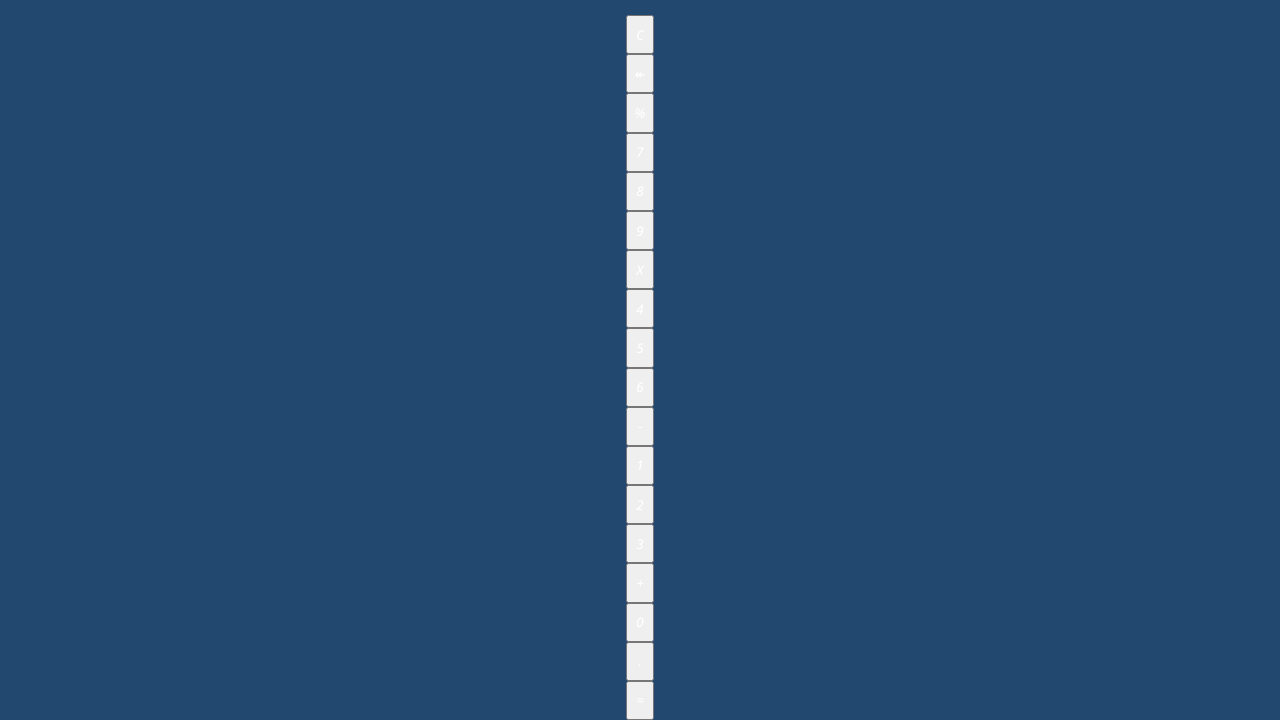
Repository: jhonenmanuel1/javaScript-calculator
Page: src/index.html
These files come from the project's save history. The page is drawn as it stood at one moment and after the next save; the edit follows.
The browser window is 1280 px wide. The pictures show the whole page.

Above is the page before, as saved 2022-08-02 23:07:54.

### src/index.html
<!DOCTYPE html>
<html lang="en">
  <head>
    <meta charset="UTF-8" />
    <meta http-equiv="X-UA-Compatible" content="IE=edge" />
    <meta name="viewport" content="width=device-width, initial-scale=1.0" />
    <title>JavaScript Calculator</title>
    <link href="https://fonts.googleapis.com/css2?family=Open+Sans:ital,wght@1,500&display=swap" rel="stylesheet">
    <link href="styles.css" rel="stylesheet"/>
  </head>
  <body>
    <div class="container">
      <div class="calculator">
        <div class="display">
          <div id="last-value"></div>
          <div id="actual-value"></div>
        </div>
        <button class="col-2"> C</button>
        <button>&Larr;</button>
        <button class="number">%</button>
        <button class="number">7</button>
        <button class="number">8</button>
        <button class="number">9</button>
        <button class="operator" >X</button>
        <button class="number">4</button>
        <button class="number">5</button>
        <button class="number">6</button>
        <button class="operator">-</button>
        <button class="number">1</button>
        <button class="number">2</button>
        <button class="number">3</button>
        <button class="operator">+</button>
        <button class=" col-2 number">0</button>
        <button class="number">.</button>
        <button class="operator">=</button>
      </div>
    </div>
  </body>
</html>

### src/styles.css
* {
    font-family: 'Open Sans', sans-serif;
    color: #fff;
}
body{
    margin: 0;
    background-color: #224870;
}
.container{
    display: flex;
    justify-content: center;
    height: 100vh;

}
.calculator{
    display: grid;
    grid-template-columns: repeat();

}

After the next save:
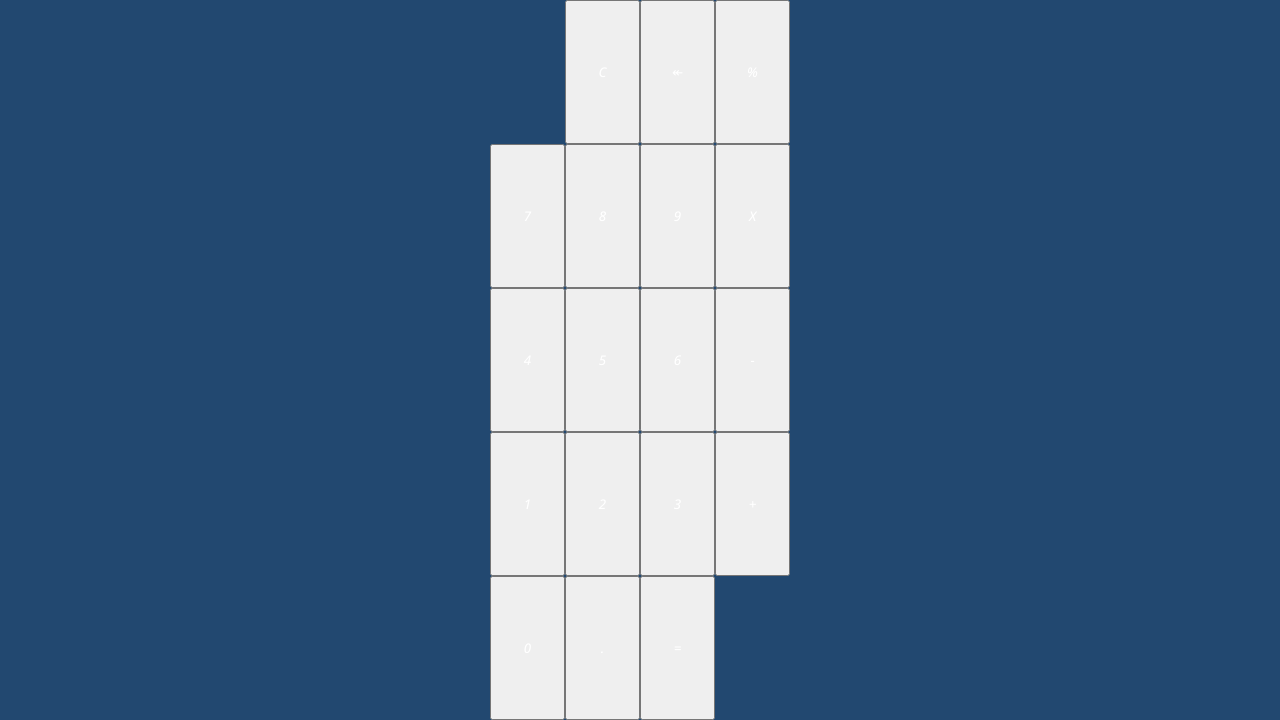
Saved 14 s later.
--- a/src/styles.css
+++ b/src/styles.css
@@ -14,6 +14,6 @@ body{
 }
 .calculator{
     display: grid;
-    grid-template-columns: repeat();
+    grid-template-columns: repeat(4, 75px);
 
 }
